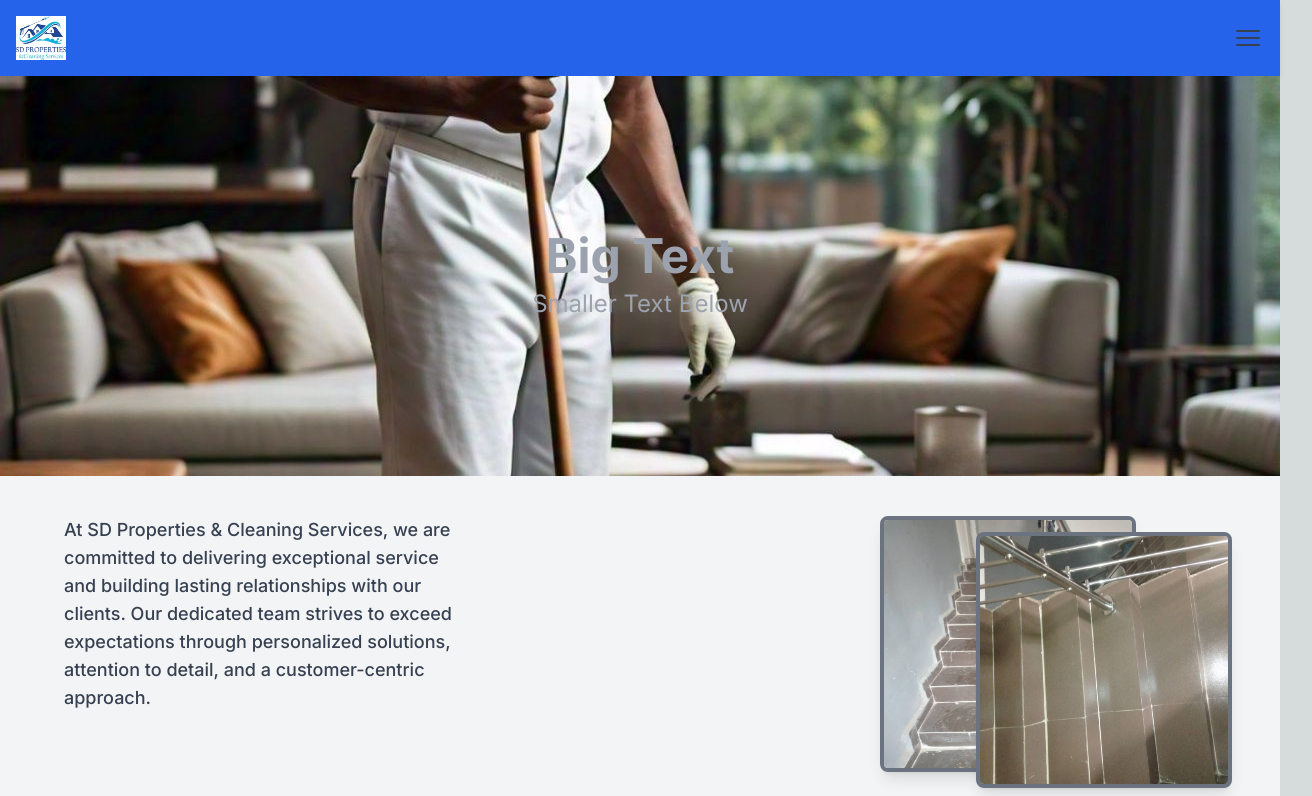
Repository: devmskhan/sdpropandclean
Page: /
An editor plug-in stored every save of this project. The page is shown before and after a run of saves, followed by the edit.
The browser window is 1280 px wide. The page is 1280 px wide, then 1312 px, so the pictures cover 1312 px, including what lies to the right of the window. The pictures show the whole page.
The project was rebuilt for these pictures with package versions that can differ from the ones it lists, and the page was loaded fresh each time. The framework's server and built-in components were replaced by stand-ins that run in the browser. Also part of the build but not shown: next.config.mjs.

Above is the page before, as saved 2024-09-03 12:30:07.

### app/layout.tsx
import type { Metadata } from "next";
import { Inter } from "next/font/google";
import "./globals.css";

const inter = Inter({ subsets: ["latin"] });

export const metadata: Metadata = {
  title: "SD Properties & Cleaning",
  description: "Provision of Houses and Cleanliness of Homes is our apex goal",
};

export default function RootLayout({
  children,
}: Readonly<{
  children: React.ReactNode;
}>) {
  return (
    <html lang="en">
      <body className={inter.className}>{children}</body>
    </html>
  );
}

### app/page.tsx
import Header from '../components/Header';
import Body from '../components/Body';

export default function Home() {
  return (
    <main className="min-h-screen bg-gray-200">
      <Header />
      <Body />
    </main>
  );
}

### components/Header.tsx
import Image from "next/image";
import { Bars3Icon } from '@heroicons/react/24/solid'


function Header() {
    return (
        <header className="sticky top-0 flex justify-between items-center p-4 bg-blue-600 shadow-md">
      {/* Logo on the top left */}
      <div className="flex items-center">
        <Image
          src="/sdlogo.jpg"
          alt="Logo"
          width={50}
          height={50}
          className="cursor-pointer"
        />
      </div>

      {/* Triple line (hamburger) icon on the top right */}
      <div className="cursor-pointer">
        <Bars3Icon className="h-8 w-8 text-gray-700" />
      </div>
    </header>
    )
}

export default Header;

### components/Body.tsx



function Body() {
    return (
        <div>
            <div className="relative w-full h-[400px] bg-cover bg-center text-gray-400"
         style={{ backgroundImage: 'url("/pic1.jpg")' }}>
      <div className="absolute inset-0 flex flex-col justify-center items-center text-center">
        {/* Larger Text */}
        <h1 className="text-5xl font-bold mb-2">
          Big Text
        </h1>
        {/* Smaller Text */}
        <p className="text-2xl">
          Smaller Text Below
        </p>
      </div>
    </div>

    <div>

    </div>

      <div className="flex justify-between p-6 bg-gray-100">
  <div className="max-w-md text-left mr-12"> {/* Increased margin-right for larger space */}
    <p className="text-lg font-medium text-gray-700 mt-4 ml-10">
      At SD Properties & Cleaning Services, we are committed to delivering exceptional service and building lasting relationships with our clients. Our dedicated team strives to exceed expectations through personalized solutions, attention to detail, and a customer-centric approach.
    </p>
  </div>
  <div className="relative mt-4 mr-10">
  <img src="stairsb.jpg" alt="Top Image" className="mr-20 w-64 h-64 rounded-lg shadow-lg border-gray-500 border-solid border-4" />
  <img src="stairsaft.jpg" alt="Bottom Image" className="mt-5 ml-20 absolute bottom-0 left-0 w-64 h-64 rounded-lg shadow-lg transform translate-x-4 translate-y-4 border-gray-500 border-solid border-4" />
  </div>
</div>


        </div>


    )
}

export default Body;

Loaded but not shown: app/globals.css (common file); tailwind.config.ts (common file)

After the next 3 saves:
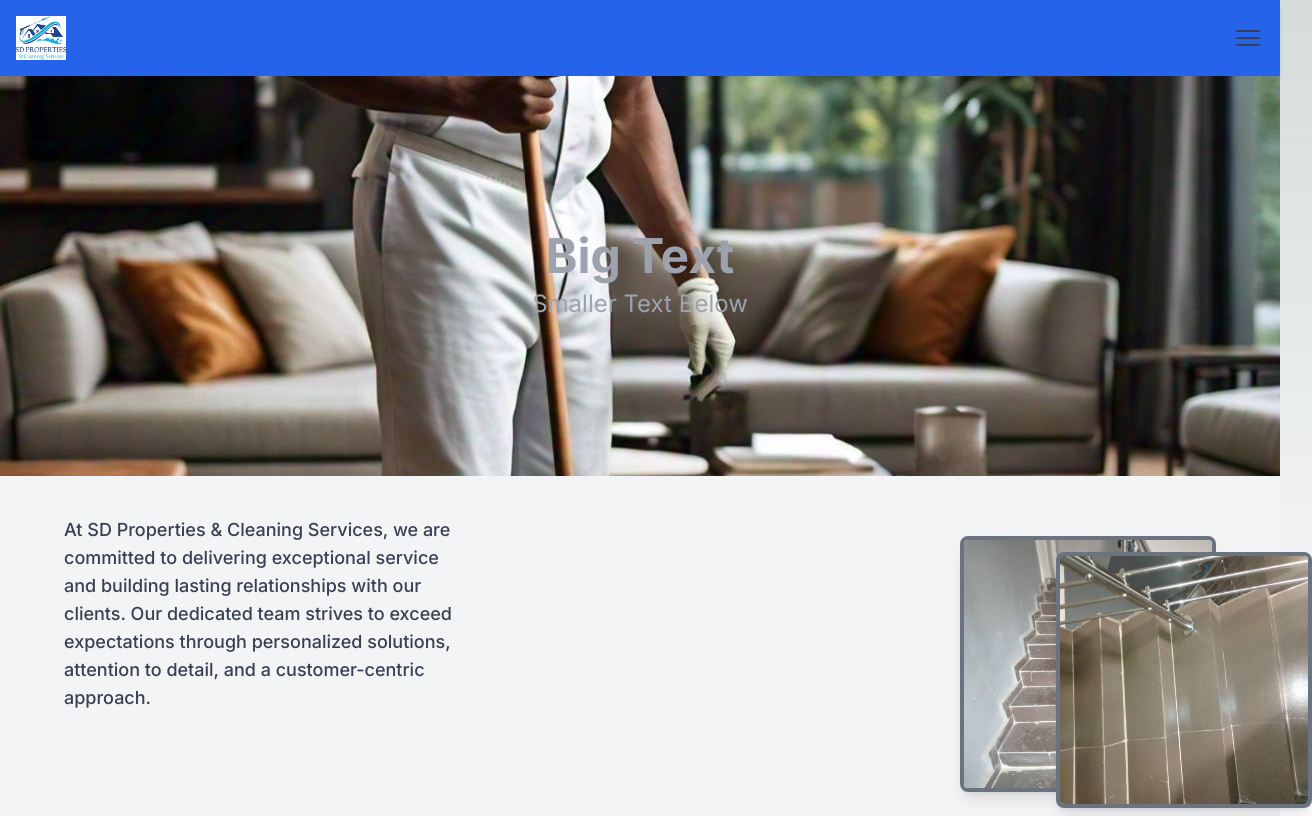
The 3 saves are shown as one change because they came seconds apart.
The last was saved 18 s later.
--- a/components/Body.tsx
+++ b/components/Body.tsx
@@ -29,7 +29,7 @@ function Body() {
     </p>
   </div>
   <div className="relative mt-4 mr-10">
-  <img src="stairsb.jpg" alt="Top Image" className="mr-20 w-64 h-64 rounded-lg shadow-lg border-gray-500 border-solid border-4" />
+  <img src="stairsb.jpg" alt="Top Image" className="mt-5 w-64 h-64 rounded-lg shadow-lg border-gray-500 border-solid border-4" />
   <img src="stairsaft.jpg" alt="Bottom Image" className="mt-5 ml-20 absolute bottom-0 left-0 w-64 h-64 rounded-lg shadow-lg transform translate-x-4 translate-y-4 border-gray-500 border-solid border-4" />
   </div>
 </div>
